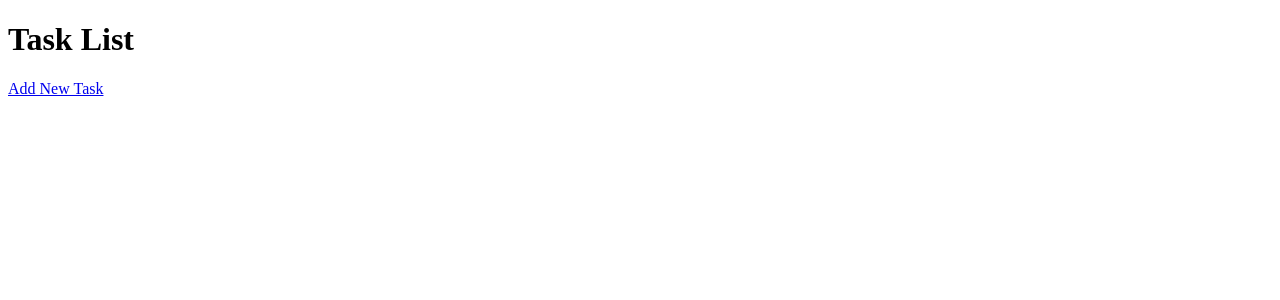
Repository: Abdulahi338/Crude-operation-using-MVC
Page: http://localhost/tasks
The author's editor kept a copy of each file at every save. The page is drawn from the files as they stood at one save, then again after the next save.
The browser window is 1280 px wide. The pictures show the whole page.
The page is served by the project's Laravel application, run on PHP 8.4 with Laravel 12. Other server files are loaded and not shown. Queries for data that is not in the repository find no rows.

Above is the page before, as saved 2024-08-31 17:06:10.

### routes/web.php
<?php

// use Illuminate\Support\Facades\Route;

// Route::get('/', function () {
//     return view('welcome');
// });
use App\Http\Controllers\TaskController;

Route::resource('tasks', TaskController::class);

### app/Http/Controllers/TaskController.php
<?php

namespace App\Http\Controllers;

use App\Models\Task;
use Illuminate\Http\Request;

class TaskController extends Controller
{
    public function index()
    {
        $tasks = Task::all();
        return view('tasks.index', compact('tasks'));
    }

    public function create()
    {
        return view('tasks.create');
    }

    public function store(Request $request)
    {
        $request->validate([
            'title' => 'required|max:255',
            'description' => 'nullable',
        ]);

        Task::create($request->all());
        return redirect()->route('tasks.index');
    }

    public function edit(Task $task)
    {
        return view('tasks.edit', compact('task'));
    }

    public function update(Request $request, Task $task)
    {
        $request->validate([
            'title' => 'required|max:255',
            'description' => 'nullable',
        ]);

        $task->update($request->all());
        return redirect()->route('tasks.index');
    }

    public function destroy(Task $task)
    {
        $task->delete();
        return redirect()->route('tasks.index');
    }
}

### app/Models/Task.php
<?php

namespace App\Models;

use Illuminate\Database\Eloquent\Factories\HasFactory;
use Illuminate\Database\Eloquent\Model;

class Task extends Model
{
    use HasFactory;

    // Attributes that can be mass-assigned
    protected $fillable = [
        'title',
        'description',
        'completed',
    ];
}

### resources/views/tasks/index.blade.php
<!DOCTYPE html>
<html>
<head>
    <title>Task List</title>
</head>
<body>
    <h1>Task List</h1>
    <a href="{{ route('tasks.create') }}">Add New Task</a>
    <ul>
        @foreach ($tasks as $task)
            <li>
                <strong>{{ $task->title }}</strong><br>
                {{ $task->description }}<br>
                @if ($task->completed)
                    <em>Completed</em>
                @else
                    <em>Not Completed</em>
                @endif
                <a href="{{ route('tasks.edit', $task->id) }}">Edit</a>
                <form action="{{ route('tasks.destroy', $task->id) }}" method="POST" style="display:inline;">
                    @csrf
                    @method('DELETE')
                    <button type="submit">Delete</button>
                </form>
            </li>
        @endforeach
    </ul>
</body>
</html>

Loaded but not shown: app/Http/Controllers/Controller.php (common file)

After the next save:
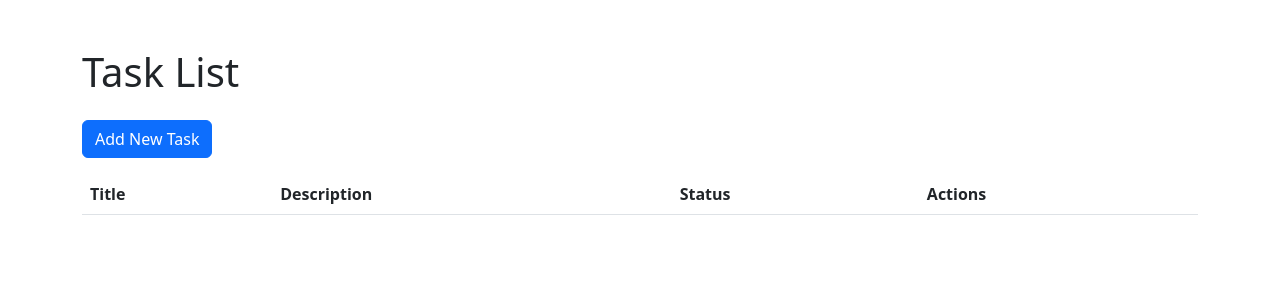
Saved 13 s later.
--- a/resources/views/tasks/index.blade.php
+++ b/resources/views/tasks/index.blade.php
@@ -2,28 +2,47 @@
 <html>
 <head>
     <title>Task List</title>
+    <link href="https://stackpath.bootstrapcdn.com/bootstrap/5.3.0/css/bootstrap.min.css" rel="stylesheet">
 </head>
 <body>
-    <h1>Task List</h1>
-    <a href="{{ route('tasks.create') }}">Add New Task</a>
-    <ul>
-        @foreach ($tasks as $task)
-            <li>
-                <strong>{{ $task->title }}</strong><br>
-                {{ $task->description }}<br>
-                @if ($task->completed)
-                    <em>Completed</em>
-                @else
-                    <em>Not Completed</em>
-                @endif
-                <a href="{{ route('tasks.edit', $task->id) }}">Edit</a>
-                <form action="{{ route('tasks.destroy', $task->id) }}" method="POST" style="display:inline;">
-                    @csrf
-                    @method('DELETE')
-                    <button type="submit">Delete</button>
-                </form>
-            </li>
-        @endforeach
-    </ul>
+    <div class="container mt-5">
+        <h1 class="mb-4">Task List</h1>
+        <a href="{{ route('tasks.create') }}" class="btn btn-primary mb-3">Add New Task</a>
+        <table class="table table-striped">
+            <thead>
+                <tr>
+                    <th scope="col">Title</th>
+                    <th scope="col">Description</th>
+                    <th scope="col">Status</th>
+                    <th scope="col">Actions</th>
+                </tr>
+            </thead>
+            <tbody>
+                @foreach ($tasks as $task)
+                    <tr>
+                        <td>{{ $task->title }}</td>
+                        <td>{{ $task->description }}</td>
+                        <td>
+                            @if ($task->completed)
+                                <span class="badge bg-success">Completed</span>
+                            @else
+                                <span class="badge bg-danger">Not Completed</span>
+                            @endif
+                        </td>
+                        <td>
+                            <a href="{{ route('tasks.edit', $task->id) }}" class="btn btn-warning btn-sm">Edit</a>
+                            <form action="{{ route('tasks.destroy', $task->id) }}" method="POST" style="display:inline;">
+                                @csrf
+                                @method('DELETE')
+                                <button type="submit" class="btn btn-danger btn-sm">Delete</button>
+                            </form>
+                        </td>
+                    </tr>
+                @endforeach
+            </tbody>
+        </table>
+    </div>
+    <script src="https://cdn.jsdelivr.net/npm/@popperjs/core@2.11.6/dist/umd/popper.min.js"></script>
+    <script src="https://stackpath.bootstrapcdn.com/bootstrap/5.3.0/js/bootstrap.min.js"></script>
 </body>
 </html>
